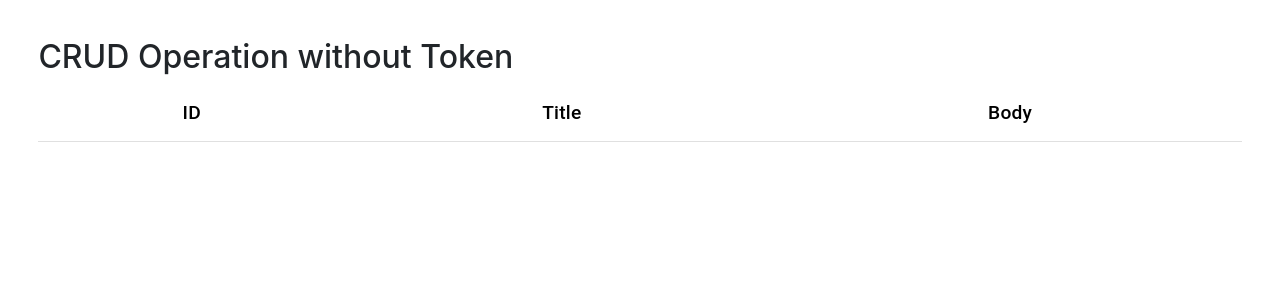
Repository: lalji-yadav/Register-Login-and-CRUD-using-token-and-Without-token-based
Page: /tabledata
These files come from the project's save history. The page is drawn as it stood at one moment and after the next save; the edit follows.
The browser window is 1280 px wide. The pictures show the whole page.
The page's requests for data from a server got no answer. The project was rebuilt for these pictures with package versions that can differ from the ones it lists, and the page was loaded fresh each time. No one was signed in, and anything a server would have sent is missing. Also part of the build but not shown: src/App.css, src/auth/login.js, src/auth/register.js, src/components/reg.js, src/components/table.js, src/components/update.js, src/crud/read.js, src/crud/create.js and 2 more.

Above is the page before, as saved 2021-02-06 16:00:40.

### src/App.js
import './App.css';
import Login from "./auth/login";
import Register from "./auth/register";
import Reg from "./components/reg";
import Table from "./components/table";
import Update from "./components/update";
import Tabledata from "./crud/tabledata";

import Navb from "./crud/navbar";

import {
  BrowserRouter as Router,
  Switch,
  Route
} from "react-router-dom";

function App() {
  return (
    <div>
      <Router>
        <Switch>
           <Route exact path="/" component={Register} />
           <Route exact path="/login" component={Login} />
           <Route exact path="/reg" component={Reg} />
           <Route exact path="/table" component={Table} />
           <Route exact path="/tabledata" component={Tabledata} />

           <Route exact path="/navbar" component={Navb} />


           <Route exact path="/user/:id" render={(props)=>(<Update {...props} />)} >



            </Route>
        </Switch>
      </Router>

    </div>
  );
}

export default App;

### src/crud/tabledata.js
import React,{useState, useEffect} from 'react';
import { Table,TableHead,TableRow,TableCell,TableBody,Button } from "@material-ui/core";
import axios from "axios";
import { Link } from "react-router-dom";


const Tabledata = () => {
    const [data, setData] = useState([]);

    useEffect(() => {
       onGet()
    }, []);

    const onGet=()=> {
        axios.get('https://jsonplaceholder.typicode.com/posts').then((res) => {
            console.log(res)
           setData(res.data);
          // console.log(res.data);
       }).catch((error) => {
           console.log(error);
       });
    }

    return (
        <div style={{padding:'3%'}}>
            <h2> CRUD Operation without Token </h2>
             <Table aria-label="simple table">
                    <TableHead>
                        <TableRow>
                            <TableCell style={{ fontSize: "1.5vw", color: "black" }}
                             align="center">ID</TableCell>
                            <TableCell style={{ fontSize: "1.5vw", color: "black" }}
                            align="center">Title</TableCell>
                            <TableCell style={{ fontSize: "1.5vw", color: "black" }}
                            align="center">Body</TableCell>

                        </TableRow>
                    </TableHead>

                    <TableBody>
                        {data.map((item) => (
                            <TableRow key={item._id}>
                                <TableCell style={{ fontSize: "1.3vw" }} align='center'>
                                    {item.id}
                                </TableCell>

                                <TableCell style={{ fontSize: "1.3vw" }} align="center">{item.title}
                                </TableCell>

                                <TableCell style={{ fontSize: "1.3vw" }} align="center">{item.body}
                                </TableCell>


                            </TableRow>
                        ))}
                    </TableBody>
                </Table>
        </div>
    );
};

export default Tabledata;

Loaded but not shown: public/index.html (common file); src/index.js (common file); src/index.css (common file); src/reportWebVitals.js (common file)

After the next save:
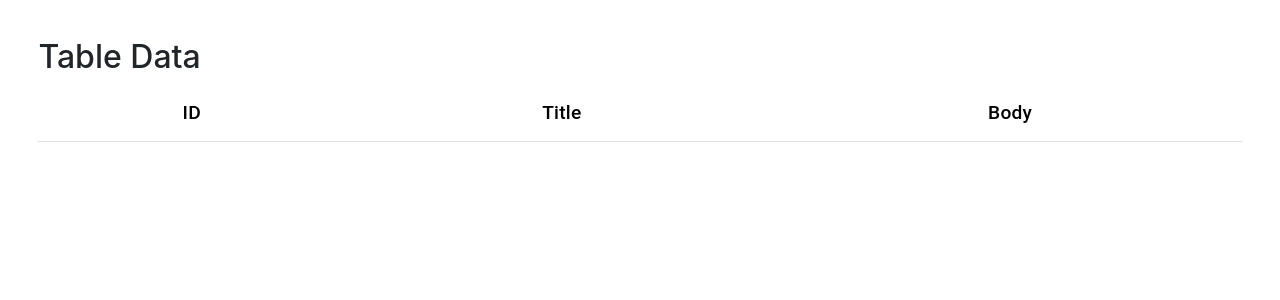
Saved 25 s later.
--- a/src/crud/tabledata.js
+++ b/src/crud/tabledata.js
@@ -23,7 +23,7 @@ const Tabledata = () => {
 
     return (
         <div style={{padding:'3%'}}>
-            <h2> CRUD Operation without Token </h2>
+            <h2> Table Data </h2>
              <Table aria-label="simple table">
                     <TableHead>
                         <TableRow>
